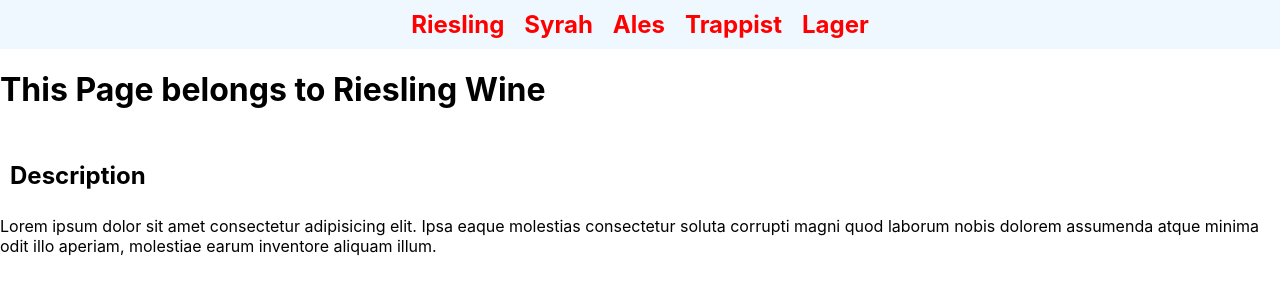
Repository: portretrieve/react-practice
Page: /
An editor plug-in stored every save of this project. The page is shown before and after the next save, followed by the edit.
The browser window is 1280 px wide. The pictures show the whole page.
The project was rebuilt for these pictures with package versions that can differ from the ones it lists, and the page was loaded fresh each time. Also part of the build but not shown: src/wines/Syrah.js, src/beers/Ale.js, src/beers/Lager.js, src/beers/Trappist.js.

Above is the page before, as saved 2021-08-26 19:10:19.

### src/App.js
import { BrowserRouter, Route, Switch } from "react-router-dom";

import Riesling from "./wines/Riesling";
import Syrah from "./wines/Syrah";
import Ale from "./beers/Ale";
import Lager from "./beers/Lager";
import Trappist from "./beers/Trappist";

import Header from "./navigation/Header";

function App() {
  return (
    <BrowserRouter>
      <Header />

      <Route path="/" exact>
        <Riesling />
      </Route>
      <Route path="/syrah">
        <Syrah />
      </Route>
      <Route path="/ale">
        <Ale />
      </Route>
      <Route path="/trappist">
        <Trappist />
      </Route>
      <Route path="/lager">
        <Lager />
      </Route>
    </BrowserRouter>
  );
}

export default App;

### src/wines/Riesling.js
import React from "react";

function Riesling() {
  return (
    <div>
      <h1>This Page belongs to Riesling Wine</h1>
      <br />
      <h2>Description</h2>
      <p>
        Lorem ipsum dolor sit amet consectetur adipisicing elit. Ipsa eaque
        molestias consectetur soluta corrupti magni quod laborum nobis dolorem
        assumenda atque minima odit illo aperiam, molestiae earum inventore
        aliquam illum.
      </p>
    </div>
  );
}

export default Riesling;

### src/navigation/Header.js
import React from "react";
import classes from "./header.module.css";

function Header() {
  return (
    <header className={classes.header}>
      <nav>
        <h2>Riesling</h2>
        <h2>Syrah</h2>
        <h2>Ales</h2>
        <h2>Trappist</h2>
        <h2>Lager</h2>
      </nav>
    </header>
  );
}

export default Header;

### src/navigation/header.module.css
.header {
    margin: 0 auto;
    text-align: center;
    background-color: aliceblue;
    color: red;
}

h2 {
    display: inline-block;
    margin: 10px;
}

Loaded but not shown: public/index.html (common file); src/index.js (common file); src/index.css (common file)

After the next save:
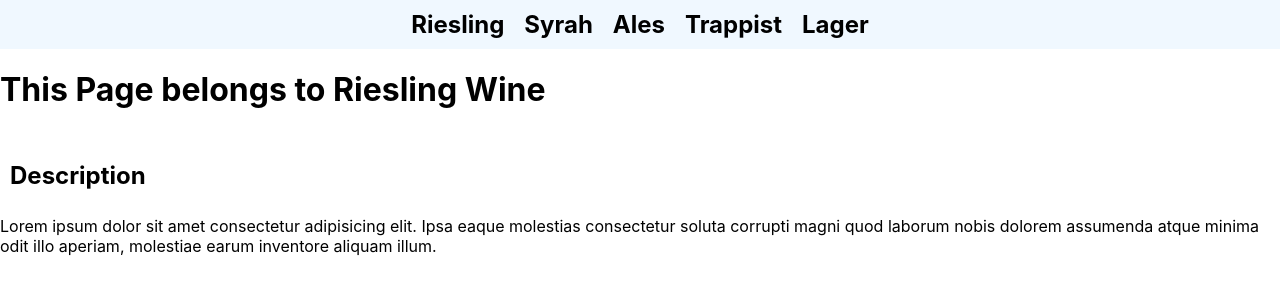
Saved 37 s later.
--- a/src/navigation/header.module.css
+++ b/src/navigation/header.module.css
@@ -2,7 +2,6 @@
     margin: 0 auto;
     text-align: center;
     background-color: aliceblue;
-    color: red;
 }
 
 h2 {
